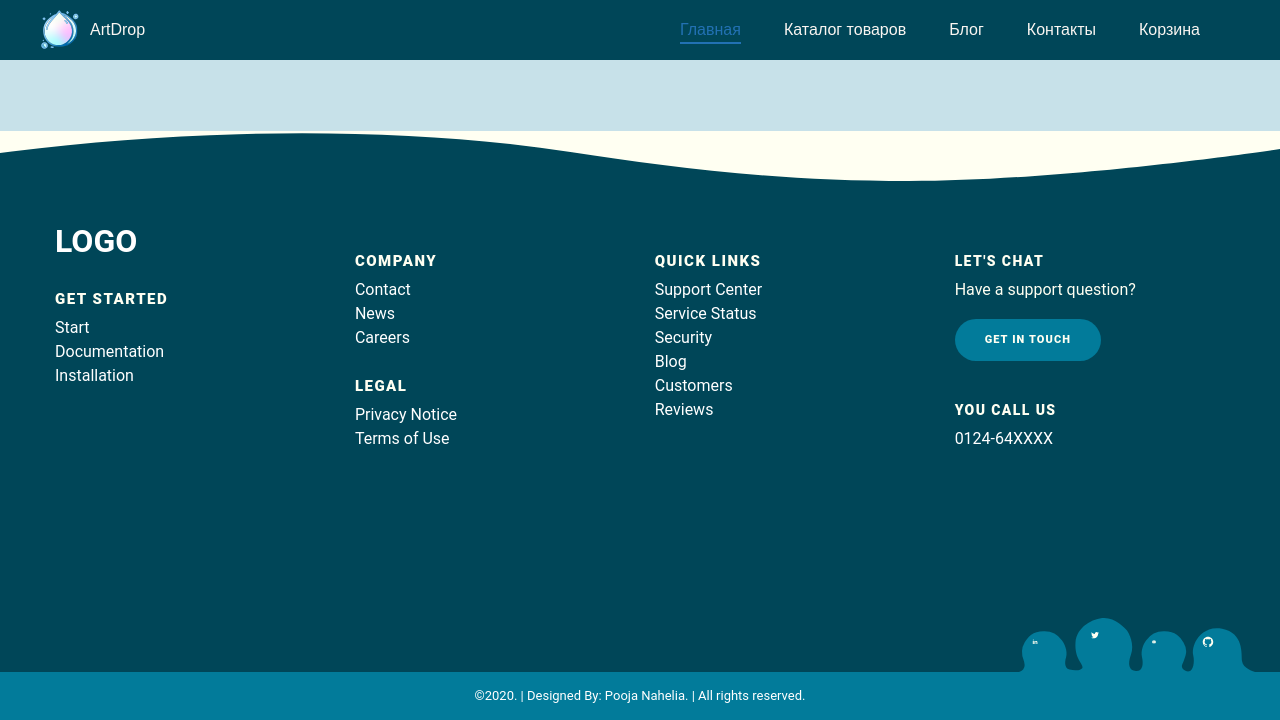
Repository: mnats725/art-drop
Page: index.html
The author's editor kept a copy of each file at every save. The page is drawn from the files as they stood at one save, then again after the next save.
The browser window is 1280 px wide. The pictures show the whole page.

Above is the page before, as saved 2024-05-20 20:38:55.

### index.html
<!DOCTYPE html>
<html lang="en">
<head>
    <meta charset="UTF-8">
    <meta http-equiv="X-UA-Compatible" content="IE=edge">
    <meta name="viewport" content="width=device-width, initial-scale=1.0">
    <title>ArtDrop</title>
    <link rel="stylesheet" href="./css/style.css">
</head>
<body>
    <div class="wrapper">
        <header class="header">
            <!-- Шапка -->
            <div class="logo">
                <a href="index.html">
                    <img src="./assets/img/logo.svg" alt="ArtDrop Logo">
                    <span>ArtDrop</span>
                </a>
            </div>
            <!-- Меню сайта -->
            <nav class="nav">
                <ul>
                    <li class="active">Главная</li>
                    <li>Каталог товаров</li>
                    <li>Блог</li>
                    <li>Контакты</li>
                    <li>Корзина</li>
                </ul>
            </nav>
            <!-- Иконка бургерменю -->
            <div class="burger">
                <span></span>
            </div>
        </header>



    </div>
    <div class="pg-footer">
        <footer class="footer">
          <svg class="footer-wave-svg" xmlns="http://www.w3.org/2000/svg" viewBox="0 0 1200 100" preserveAspectRatio="none">
            <path class="footer-wave-path" d="M851.8,100c125,0,288.3-45,348.2-64V0H0v44c3.7-1,7.3-1.9,11-2.9C80.7,22,151.7,10.8,223.5,6.3C276.7,2.9,330,4,383,9.8 c52.2,5.7,103.3,16.2,153.4,32.8C623.9,71.3,726.8,100,851.8,100z"></path>
          </svg>
          <div class="footer-content">
            <div class="footer-content-column">
              <div class="footer-logo">
                <a class="footer-logo-link" href="#">
                  <span class="hidden-link-text">LOGO</span>
                  <h1>LOGO</h1>
                </a>
              </div>
              <div class="footer-menu">
                <h2 class="footer-menu-name"> Get Started</h2>
                <ul id="menu-get-started" class="footer-menu-list">
                  <li class="menu-item menu-item-type-post_type menu-item-object-product">
                    <a href="#">Start</a>
                  </li>
                  <li class="menu-item menu-item-type-post_type menu-item-object-product">
                    <a href="#">Documentation</a>
                  </li>
                  <li class="menu-item menu-item-type-post_type menu-item-object-product">
                    <a href="#">Installation</a>
                  </li>
                </ul>
              </div>
            </div>
            <div class="footer-content-column">
              <div class="footer-menu">
                <h2 class="footer-menu-name"> Company</h2>
                <ul id="menu-company" class="footer-menu-list">
                  <li class="menu-item menu-item-type-post_type menu-item-object-page">
                    <a href="#">Contact</a>
                  </li>
                  <li class="menu-item menu-item-type-taxonomy menu-item-object-category">
                    <a href="#">News</a>
                  </li>
                  <li class="menu-item menu-item-type-post_type menu-item-object-page">
                    <a href="#">Careers</a>
                  </li>
                </ul>
              </div>
              <div class="footer-menu">
                <h2 class="footer-menu-name"> Legal</h2>
                <ul id="menu-legal" class="footer-menu-list">
                  <li class="menu-item menu-item-type-post_type menu-item-object-page menu-item-privacy-policy menu-item-170434">
                    <a href="#">Privacy Notice</a>
                  </li>
                  <li class="menu-item menu-item-type-post_type menu-item-object-page">
                    <a href="#">Terms of Use</a>
                  </li>
                </ul>
              </div>
            </div>
            <div class="footer-content-column">
              <div class="footer-menu">
                <h2 class="footer-menu-name"> Quick Links</h2>
                <ul id="menu-quick-links" class="footer-menu-list">
                  <li class="menu-item menu-item-type-custom menu-item-object-custom">
                    <a target="_blank" rel="noopener noreferrer" href="#">Support Center</a>
                  </li>
                  <li class="menu-item menu-item-type-custom menu-item-object-custom">
                    <a target="_blank" rel="noopener noreferrer" href="#">Service Status</a>
                  </li>
                  <li class="menu-item menu-item-type-post_type menu-item-object-page">
                    <a href="#">Security</a>
                  </li>
                  <li class="menu-item menu-item-type-post_type menu-item-object-page">
                    <a href="#">Blog</a>
                  </li>
                  <li class="menu-item menu-item-type-post_type_archive menu-item-object-customer">
                    <a href="#">Customers</a></li>
                  <li class="menu-item menu-item-type-post_type menu-item-object-page">
                    <a href="#">Reviews</a>
                  </li>
                </ul>
              </div>
            </div>
            <div class="footer-content-column">
              <div class="footer-call-to-action">
                <h2 class="footer-call-to-action-title"> Let's Chat</h2>
                <p class="footer-call-to-action-description"> Have a support question?</p>
                <a class="footer-call-to-action-button button" href="#" target="_self"> Get in Touch </a>
              </div>
              <div class="footer-call-to-action">
                <h2 class="footer-call-to-action-title"> You Call Us</h2>
                <p class="footer-call-to-action-link-wrapper"> <a class="footer-call-to-action-link" href="tel:0124-64XXXX" target="_self"> 0124-64XXXX </a></p>
              </div>
            </div>
            <div class="footer-social-links"> <svg class="footer-social-amoeba-svg" xmlns="http://www.w3.org/2000/svg" viewBox="0 0 236 54">
                <path class="footer-social-amoeba-path" d="M223.06,43.32c-.77-7.2,1.87-28.47-20-32.53C187.78,8,180.41,18,178.32,20.7s-5.63,10.1-4.07,16.7-.13,15.23-4.06,15.91-8.75-2.9-6.89-7S167.41,36,167.15,33a18.93,18.93,0,0,0-2.64-8.53c-3.44-5.5-8-11.19-19.12-11.19a21.64,21.64,0,0,0-18.31,9.18c-2.08,2.7-5.66,9.6-4.07,16.69s.64,14.32-6.11,13.9S108.35,46.5,112,36.54s-1.89-21.24-4-23.94S96.34,0,85.23,0,57.46,8.84,56.49,24.56s6.92,20.79,7,24.59c.07,2.75-6.43,4.16-12.92,2.38s-4-10.75-3.46-12.38c1.85-6.6-2-14-4.08-16.69a21.62,21.62,0,0,0-18.3-9.18C13.62,13.28,9.06,19,5.62,24.47A18.81,18.81,0,0,0,3,33a21.85,21.85,0,0,0,1.58,9.08,16.58,16.58,0,0,1,1.06,5A6.75,6.75,0,0,1,0,54H236C235.47,54,223.83,50.52,223.06,43.32Z"></path>
              </svg>
              <a class="footer-social-link linkedin" href="#" target="_blank">
                <span class="hidden-link-text">Linkedin</span>
                <svg class="footer-social-icon-svg" xmlns="http://www.w3.org/2000/svg"
                  viewBox="0 0 30 30">
                  <path class="footer-social-icon-path" d="M9,25H4V10h5V25z M6.501,8C5.118,8,4,6.879,4,5.499S5.12,3,6.501,3C7.879,3,9,4.121,9,5.499C9,6.879,7.879,8,6.501,8z M27,25h-4.807v-7.3c0-1.741-0.033-3.98-2.499-3.98c-2.503,0-2.888,1.896-2.888,3.854V25H12V9.989h4.614v2.051h0.065 c0.642-1.18,2.211-2.424,4.551-2.424c4.87,0,5.77,3.109,5.77,7.151C27,16.767,27,25,27,25z"></path>
                </svg>
              </a>
              <a class="footer-social-link twitter" href="#" target="_blank">
                <span class="hidden-link-text">Twitter</span>
                <svg class="footer-social-icon-svg" xmlns="http://www.w3.org/2000/svg" viewBox="0 0 26 26">
                  <path class="footer-social-icon-path" d="M 25.855469 5.574219 C 24.914063 5.992188 23.902344 6.273438 22.839844 6.402344 C 23.921875 5.75 24.757813 4.722656 25.148438 3.496094 C 24.132813 4.097656 23.007813 4.535156 21.8125 4.769531 C 20.855469 3.75 19.492188 3.113281 17.980469 3.113281 C 15.082031 3.113281 12.730469 5.464844 12.730469 8.363281 C 12.730469 8.773438 12.777344 9.175781 12.867188 9.558594 C 8.503906 9.339844 4.636719 7.246094 2.046875 4.070313 C 1.59375 4.847656 1.335938 5.75 1.335938 6.714844 C 1.335938 8.535156 2.261719 10.140625 3.671875 11.082031 C 2.808594 11.054688 2 10.820313 1.292969 10.425781 C 1.292969 10.449219 1.292969 10.46875 1.292969 10.492188 C 1.292969 13.035156 3.101563 15.15625 5.503906 15.640625 C 5.0625 15.761719 4.601563 15.824219 4.121094 15.824219 C 3.78125 15.824219 3.453125 15.792969 3.132813 15.730469 C 3.800781 17.8125 5.738281 19.335938 8.035156 19.375 C 6.242188 20.785156 3.976563 21.621094 1.515625 21.621094 C 1.089844 21.621094 0.675781 21.597656 0.265625 21.550781 C 2.585938 23.039063 5.347656 23.90625 8.3125 23.90625 C 17.96875 23.90625 23.25 15.90625 23.25 8.972656 C 23.25 8.742188 23.246094 8.515625 23.234375 8.289063 C 24.261719 7.554688 25.152344 6.628906 25.855469 5.574219 "></path>
                </svg>
              </a>
              <a class="footer-social-link youtube" href="#" target="_blank">
                <span class="hidden-link-text">Youtube</span>
                <svg class="footer-social-icon-svg" xmlns="http://www.w3.org/2000/svg" viewBox="0 0 30 30">
                  <path class="footer-social-icon-path" d="M 15 4 C 10.814 4 5.3808594 5.0488281 5.3808594 5.0488281 L 5.3671875 5.0644531 C 3.4606632 5.3693645 2 7.0076245 2 9 L 2 15 L 2 15.001953 L 2 21 L 2 21.001953 A 4 4 0 0 0 5.3769531 24.945312 L 5.3808594 24.951172 C 5.3808594 24.951172 10.814 26.001953 15 26.001953 C 19.186 26.001953 24.619141 24.951172 24.619141 24.951172 L 24.621094 24.949219 A 4 4 0 0 0 28 21.001953 L 28 21 L 28 15.001953 L 28 15 L 28 9 A 4 4 0 0 0 24.623047 5.0546875 L 24.619141 5.0488281 C 24.619141 5.0488281 19.186 4 15 4 z M 12 10.398438 L 20 15 L 12 19.601562 L 12 10.398438 z"></path>
                </svg>
              </a>
              <a class="footer-social-link github" href="#" target="_blank">
                <span class="hidden-link-text">Github</span>
                <svg class="footer-social-icon-svg" xmlns="http://www.w3.org/2000/svg" viewBox="0 0 32 32">
                  <path class="footer-social-icon-path" d="M 16 4 C 9.371094 4 4 9.371094 4 16 C 4 21.300781 7.4375 25.800781 12.207031 27.386719 C 12.808594 27.496094 13.027344 27.128906 13.027344 26.808594 C 13.027344 26.523438 13.015625 25.769531 13.011719 24.769531 C 9.671875 25.492188 8.96875 23.160156 8.96875 23.160156 C 8.421875 21.773438 7.636719 21.402344 7.636719 21.402344 C 6.546875 20.660156 7.71875 20.675781 7.71875 20.675781 C 8.921875 20.761719 9.554688 21.910156 9.554688 21.910156 C 10.625 23.746094 12.363281 23.214844 13.046875 22.910156 C 13.15625 22.132813 13.46875 21.605469 13.808594 21.304688 C 11.144531 21.003906 8.34375 19.972656 8.34375 15.375 C 8.34375 14.0625 8.8125 12.992188 9.578125 12.152344 C 9.457031 11.851563 9.042969 10.628906 9.695313 8.976563 C 9.695313 8.976563 10.703125 8.65625 12.996094 10.207031 C 13.953125 9.941406 14.980469 9.808594 16 9.804688 C 17.019531 9.808594 18.046875 9.941406 19.003906 10.207031 C 21.296875 8.65625 22.300781 8.976563 22.300781 8.976563 C 22.957031 10.628906 22.546875 11.851563 22.421875 12.152344 C 23.191406 12.992188 23.652344 14.0625 23.652344 15.375 C 23.652344 19.984375 20.847656 20.996094 18.175781 21.296875 C 18.605469 21.664063 18.988281 22.398438 18.988281 23.515625 C 18.988281 25.121094 18.976563 26.414063 18.976563 26.808594 C 18.976563 27.128906 19.191406 27.503906 19.800781 27.386719 C 24.566406 25.796875 28 21.300781 28 16 C 28 9.371094 22.628906 4 16 4 Z "></path>
                </svg>
              </a>
            </div>
          </div>
          <div class="footer-copyright">
            <div class="footer-copyright-wrapper">
              <p class="footer-copyright-text">
                <a class="footer-copyright-link" href="#" target="_self"> ©2020. | Designed By: Pooja Nahelia. | All rights reserved. </a>
              </p>
            </div>
          </div>
        </footer>
      </div>
    <script>
        document.querySelector('.burger').addEventListener('click', function() {
            this.classList.toggle('active');
            document.querySelector('.nav').classList.toggle('open');
        })
    </script>
</body>
</html>

### css/style.css
html, body {
    height: 100%;
    width: 100%;
    margin: 0;
    padding: 0;
}

body {
    display: flex;
    flex-direction: column;
    font-family: Arial, "Helvetica Neue", Helvetica, sans-serif;
    background-color: #c7e1e9; /* светло-синий фон */
}

*{
    padding: 0;
    margin: 0;
    box-sizing: border-box;
}

.wrapper{
    flex-grow: 1;
}

.open{
    display: flex !important;
}

.header {
    display: flex;
    align-items: center;
    justify-content: space-between;
    min-height: 60px;
    background-color: #004658;
    color: #FAF6F2;
    padding: 0 40px;
}

.logo a {
    display: flex;
    align-items: center;
    text-decoration: none; /* Убираем подчеркивание ссылки */
    color: inherit; /* Наследуем цвет текста от родительского элемента */
}

.logo img {
    width: 40px; /* Укажите желаемую ширину для логотипа */
    height: auto;
    margin-right: 10px; /* Добавим небольшое расстояние между логотипом и текстом */
}

.nav {
    display: flex;
    width: 600px;
    padding: 0 40px;
}

.nav ul {
    width: 100%;
    list-style: none;
    display: flex;
    justify-content: space-between;
}

.nav ul li {
    position: relative; /* Добавим позиционирование для создания эффекта */
    cursor: pointer; /* Указатель при наведении для обозначения активного элемента */
    transition: color 0.3s ease; /* Анимация при наведении */
}

.nav ul li::after {
    content: '';
    position: absolute;
    bottom: -5px;
    left: 0;
    width: 0; /* Начальное значение нулевой ширины */
    height: 2px;
    background-color: #2271B3; /* Цвет линии */
    transition: width 0.3s ease; /* Анимация изменения ширины */
}

.nav ul li:hover::after {
    width: 100%; /* Увеличиваем ширину линии при наведении */
}

.nav ul li:hover,
.nav ul li.active { /* Изменение цвета текста при наведении и активном состоянии */
    color: #2271B3; /* Цвет текста при наведении и активном состоянии */
}

.nav ul li.active::after {
    content: '';
    position: absolute;
    bottom: -5px;
    left: 0;
    width: 100%;
    height: 2px;
    background-color: #2271B3; /* Цвет подчеркивания активного элемента */
}

* {
    margin: 0;
    padding: 0;
  }
  a {
    color: #fff;
    text-decoration: none;
  }
  .pg-footer {
    font-family: 'Roboto', sans-serif;
  }


  .footer {
      background-color: #004658;
      color: #fff;
  }
  .footer-wave-svg {
      background-color: transparent;
      display: block;
      height: 30px;
      position: relative;
      top: -1px;
      width: 100%;
  }
  .footer-wave-path {
      fill: #fffff2;
  }

  .footer-content {
      margin-left: auto;
      margin-right: auto;
      max-width: 1230px;
      padding: 40px 15px 450px;
      position: relative;
  }

  .footer-content-column {
      box-sizing: border-box;
      float: left;
      padding-left: 15px;
      padding-right: 15px;
      width: 100%;
      color: #fff;
  }

  .footer-content-column ul li a {
    color: #fff;
    text-decoration: none;
  }

  .footer-logo-link {
      display: inline-block;
  }
  .footer-menu {
      margin-top: 30px;
  }

  .footer-menu-name {
      color: #fffff2;
      font-size: 15px;
      font-weight: 900;
      letter-spacing: .1em;
      line-height: 18px;
      margin-bottom: 0;
      margin-top: 0;
      text-transform: uppercase;
  }
  .footer-menu-list {
      list-style: none;
      margin-bottom: 0;
      margin-top: 10px;
      padding-left: 0;
  }
  .footer-menu-list li {
      margin-top: 5px;
  }

  .footer-call-to-action-description {
      color: #fffff2;
      margin-top: 10px;
      margin-bottom: 20px;
  }
  .footer-call-to-action-button:hover {
      background-color: #fffff2;
      color: #00bef0;
  }
  .button:last-of-type {
      margin-right: 0;
  }
  .footer-call-to-action-button {
      background-color: #027b9a;
      border-radius: 21px;
      color: #fffff2;
      display: inline-block;
      font-size: 11px;
      font-weight: 900;
      letter-spacing: .1em;
      line-height: 18px;
      padding: 12px 30px;
      margin: 0 10px 10px 0;
      text-decoration: none;
      text-transform: uppercase;
      transition: background-color .2s;
      cursor: pointer;
      position: relative;
  }
  .footer-call-to-action {
      margin-top: 30px;
  }
  .footer-call-to-action-title {
      color: #fffff2;
      font-size: 14px;
      font-weight: 900;
      letter-spacing: .1em;
      line-height: 18px;
      margin-bottom: 0;
      margin-top: 0;
      text-transform: uppercase;
  }
  .footer-call-to-action-link-wrapper {
      margin-bottom: 0;
      margin-top: 10px;
      color: #fff;
      text-decoration: none;
  }
  .footer-call-to-action-link-wrapper a {
      color: #fff;
      text-decoration: none;
  }





  .footer-social-links {
      bottom: 0;
      height: 54px;
      position: absolute;
      right: 0;
      width: 236px;
  }

  .footer-social-amoeba-svg {
      height: 54px;
      left: 0;
      display: block;
      position: absolute;
      top: 0;
      width: 236px;
  }

  .footer-social-amoeba-path {
      fill: #027b9a;
  }

  .footer-social-link.linkedin {
      height: 26px;
      left: 3px;
      top: 11px;
      width: 26px;
  }

  .footer-social-link {
      display: block;
      padding: 10px;
      position: absolute;
  }

  .hidden-link-text {
      position: absolute;
      clip: rect(1px 1px 1px 1px);
      clip: rect(1px,1px,1px,1px);
      -webkit-clip-path: inset(0px 0px 99.9% 99.9%);
      clip-path: inset(0px 0px 99.9% 99.9%);
      overflow: hidden;
      height: 1px;
      width: 1px;
      padding: 0;
      border: 0;
      top: 50%;
  }

  .footer-social-icon-svg {
      display: block;
  }

  .footer-social-icon-path {
      fill: #fffff2;
      transition: fill .2s;
  }

  .footer-social-link.twitter {
      height: 28px;
      left: 62px;
      top: 3px;
      width: 28px;
  }

  .footer-social-link.youtube {
      height: 24px;
      left: 123px;
      top: 12px;
      width: 24px;
  }

  .footer-social-link.github {
      height: 34px;
      left: 172px;
      top: 7px;
      width: 34px;
  }

  .footer-copyright {
      background-color: #027b9a;
      color: #fff;
      padding: 15px 30px;
    text-align: center;
  }

  .footer-copyright-wrapper {
      margin-left: auto;
      margin-right: auto;
      max-width: 1200px;
  }

  .footer-copyright-text {
    color: #fff;
      font-size: 13px;
      font-weight: 400;
      line-height: 18px;
      margin-bottom: 0;
      margin-top: 0;
  }

  .footer-copyright-link {
      color: #fff;
      text-decoration: none;
  }







  /* Media Query For different screens */
  @media (min-width:320px) and (max-width:479px)  { /* smartphones, portrait iPhone, portrait 480x320 phones (Android) */
    .footer-content {
      margin-left: auto;
      margin-right: auto;
      max-width: 1230px;
      padding: 40px 15px 1050px;
      position: relative;
    }
  }
  @media (min-width:480px) and (max-width:599px)  { /* smartphones, Android phones, landscape iPhone */
    .footer-content {
      margin-left: auto;
      margin-right: auto;
      max-width: 1230px;
      padding: 40px 15px 1050px;
      position: relative;
    }
  }
  @media (min-width:600px) and (max-width: 800px)  { /* portrait tablets, portrait iPad, e-readers (Nook/Kindle), landscape 800x480 phones (Android) */
    .footer-content {
      margin-left: auto;
      margin-right: auto;
      max-width: 1230px;
      padding: 40px 15px 1050px;
      position: relative;
    }
  }
  @media (min-width:801px)  { /* tablet, landscape iPad, lo-res laptops ands desktops */

  }
  @media (min-width:1025px) { /* big landscape tablets, laptops, and desktops */

  }
  @media (min-width:1281px) { /* hi-res laptops and desktops */

  }




  @media (min-width: 760px) {
    .footer-content {
        margin-left: auto;
        margin-right: auto;
        max-width: 1230px;
        padding: 40px 15px 450px;
        position: relative;
    }

    .footer-wave-svg {
        height: 50px;
    }

    .footer-content-column {
        width: 24.99%;
    }
  }
  @media (min-width: 568px) {
    /* .footer-content-column {
        width: 49.99%;
    } */
  }


.burger{
    display: none;
    position: relative;
    z-index: 50;
    align-items: center;
    justify-content: flex-end;
    width: 30px;
    height: 18px;
}

.burger span{
    height: 2px;
    width: 80%;
    transform: scale(1);
    background-color: #FAF6F2;
}

.burger::before, .burger::after{
    content: '';
    position: absolute;
    height: 2px;
    width: 100%;
    background-color: #FAF6F2;
    transition: all 0.3s ease 0s;
}

.burger::before { top: 0 }

.burger::after { bottom: 0 }


/* Добавляем класс active для анимации иконки бургера */
.burger.active span { transform: scale(0) }

.burger.active::before{
    top: 50%;
    transform: rotate(-45deg) translate(0, -50%);
}

.burger.active::after{
    bottom: 50%;
    transform: rotate(45deg) translate(0, 50%);
}


/* При разрешении экрана 900px и ниже, выводим на экран иконку бургера */
@media (max-width: 900px) {

    .burger { display: flex }

    .nav{
        display: none;
        flex-direction: column;
        position: fixed;
        height: 100%;
        width: 100%;
        top: 0; bottom: 0; left: 0; right: 0;
        z-index: 50;
        overflow-y: auto;
        padding: 50px 40px;
        background-color: #388ae7;
        animation: burgerAnimation 0.4s;
    }

    .nav ul{
        flex-direction: column;
        row-gap: 30px;
    }


}

@keyframes burgerAnimation {
    from {opacity: 0}
    to {opacity: 1}
}

After the next save:
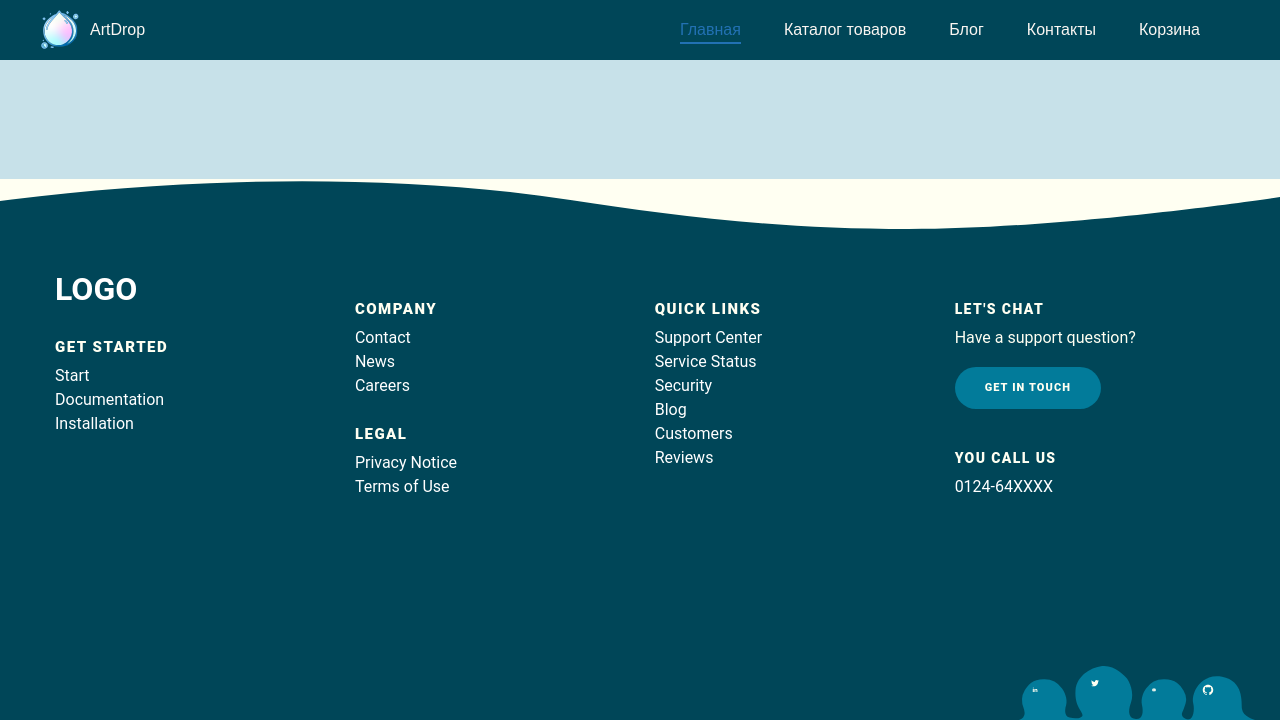
Saved 10 s later.
--- a/index.html
+++ b/index.html
@@ -156,13 +156,7 @@
               </a>
             </div>
           </div>
-          <div class="footer-copyright">
-            <div class="footer-copyright-wrapper">
-              <p class="footer-copyright-text">
-                <a class="footer-copyright-link" href="#" target="_self"> ©2020. | Designed By: Pooja Nahelia. | All rights reserved. </a>
-              </p>
-            </div>
-          </div>
+
         </footer>
       </div>
     <script>
